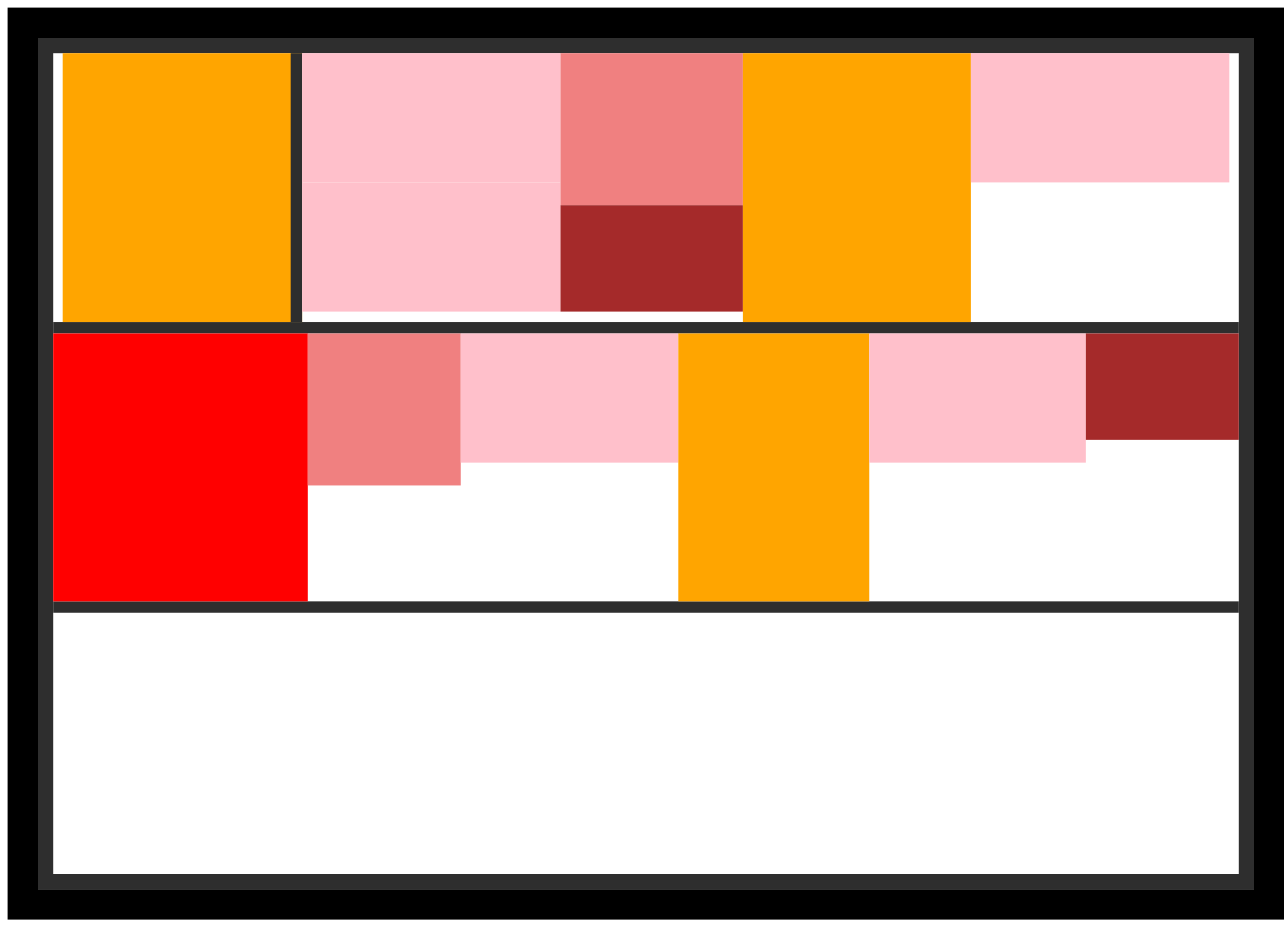
Repository: Tsardines/mondrian
Page: index.html
These files come from the project's save history. The page is drawn as it stood at one moment and after the next save; the edit follows.
The browser window is 1280 px wide. The page is 1352 px wide, so the pictures cover 1352 px, including what lies to the right of the window. The pictures show the whole page, at 95% of full size.
Some web fonts or font styles are not loaded; a fallback is used.

Above is the page before, as saved 2019-10-20 16:58:16.

### index.html
<!DOCTYPE html>
<html>
  <head>
    <meta charset="UTF-8">
  <meta http-equiv="X-UA-Compatible" content="IE=edge,chrome=1">
  <meta name="viewport" content="width=device-width,initial-scale=1">
    <title>title</title>
  <meta name="author" content="name">
  <meta name="description" content="description here">
  <meta name="keywords" content="keywords,here">
  <link rel="stylesheet" href="//fonts.googleapis.com/css?family=font1|font2|etc" type="text/css">
  <link rel="stylesheet" href="styles.css" type="text/css">
  </head>
  <body>

    <div id="canvas">
        <div class="grid__container">
            <div class="grid__top">
                <div class="rect--vert" style="border-right: 0.75rem solid rgb(46, 46, 46);"></div>

                <div class="grid__top--cont">
                    <div class="rect--hori"></div>
                    <div class="rect--hori"></div>
                </div>

                <div class="grid__top--cont">
                    <div class="sq--hori"></div>
                    <div class="sq--sm"></div>
                </div>

                <div class="rect--vert"></div>

                <div class="rect--hori"></div>

                <!-- <div class="sq"></div> -->
                <!-- <div class="rect--vert"></div> -->

            </div>

            <div class="grid__middle">
                    <div class="sq--big"></div>
                    <div class="sq--hori"></div>
                    <div class="rect--hori"></div>
                    <div class="rect--vert"></div>
                    <div class="rect--hori"></div>
                    <div class="rect--hori--mini"></div>
                    <div class="sq--sm"></div>
            </div>
            <div class="grid__bottom">



            </div>
        </div>
    </div>

  </body>
</html>

### styles.css
#canvas {
    border: 2rem solid black;
    /* display: block; */
    height: 56rem;
    margin: 0 auto;
    width: 80rem;
}

.grid__container {
    border: 1rem solid rgb(46, 46, 46);
    height: 54rem;
}

.grid__top {
    display: flex;
    height: 32.7%;
    justify-content: center;
}

.grid__middle {
    border-bottom: 0.75rem solid rgb(46, 46, 46);
    border-top: 0.75rem solid rgb(46, 46, 46);
    display: flex;
    height: 32.7%;
}

.grid__bottom {
    height: 32.7%;
}

.rect--vert {
    background-color: orange;
    /* border-right: 0.75rem solid rgb(46, 46, 46); */
    height: 100%;
    width: 15rem;
}

.rect--hori {
    background-color: pink;
    /* border-bottom: 0.75rem solid rgb(46, 46, 46);
    border-right: 0.75rem solid rgb(46, 46, 46); */
    height: 8.5rem;
    width: 17rem;
}

.sq--hori {
    background-color: lightcoral;
    /* border-bottom: 0.75rem solid rgb(46, 46, 46);
    border-right: 0.75rem solid rgb(46, 46, 46); */
    height: 10rem;
    width: 12rem;
}

.rect--hori--sm {
    background-color: rgb(55, 87, 190);
    /* border-bottom: 0.75rem solid rgb(46, 46, 46);
    border-right: 0.75rem solid rgb(46, 46, 46); */
    height: 8rem;
    width: 12rem;
}

.sq--big {
    background-color: red;
    height: 100%;
    width: 20rem;
}

.sq--sm {
    background-color: brown;
    /* border-bottom: 0.75rem solid rgb(46, 46, 46);
    border-right: 0.75rem solid rgb(46, 46, 46); */
    height: 7rem;
    width: 12rem;
}

After the next save:
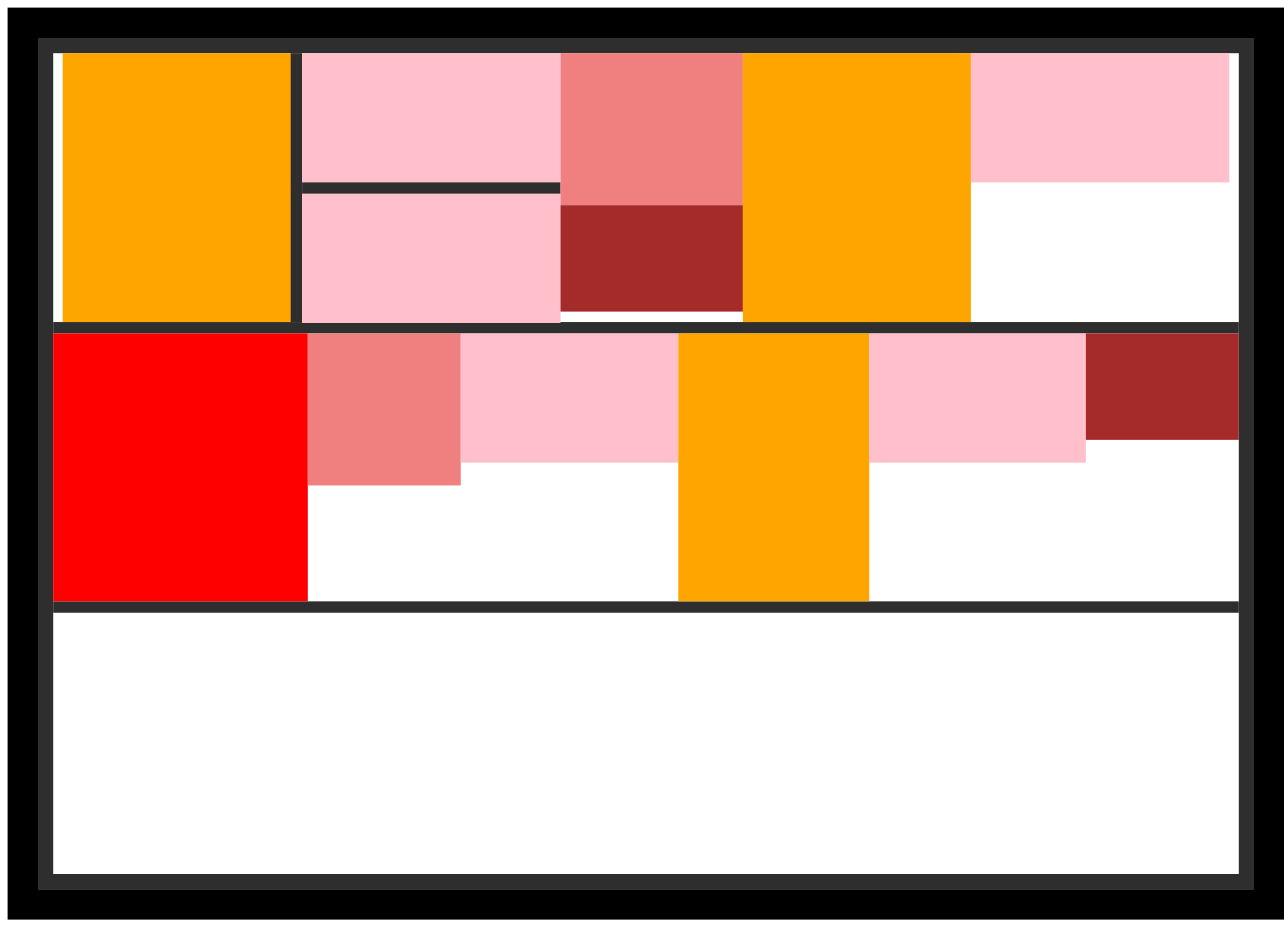
Saved 27 s later.
--- a/index.html
+++ b/index.html
@@ -19,7 +19,7 @@
                 <div class="rect--vert" style="border-right: 0.75rem solid rgb(46, 46, 46);"></div>
 
                 <div class="grid__top--cont">
-                    <div class="rect--hori"></div>
+                    <div class="rect--hori" style="border-bottom: 0.75rem solid rgb(46, 46, 46);"></div>
                     <div class="rect--hori"></div>
                 </div>
 
